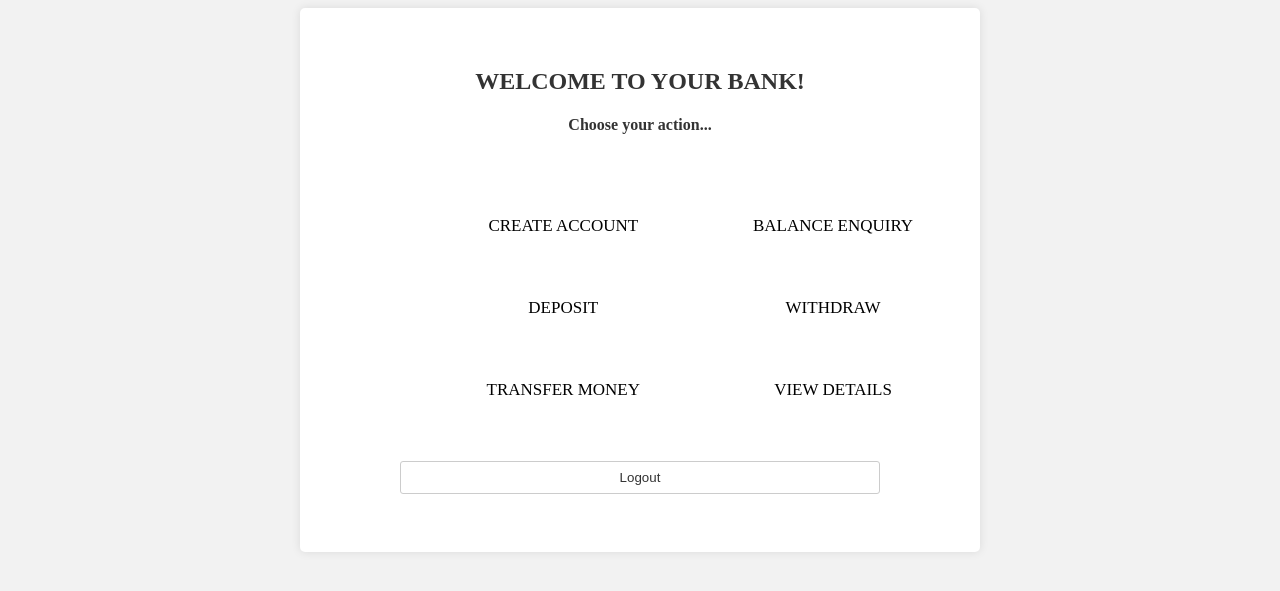
Repository: mansistic-0n3/Java_IGT
Page: Java Project/BankServlet/src/main/webapp/Home.html
The author's editor kept a copy of each file at every save. The page is drawn from the files as they stood at one save, then again after the next save.
The browser window is 1280 px wide. The pictures show the whole page.

Above is the page before, as saved 2023-07-03 06:28:43.

After the next save:
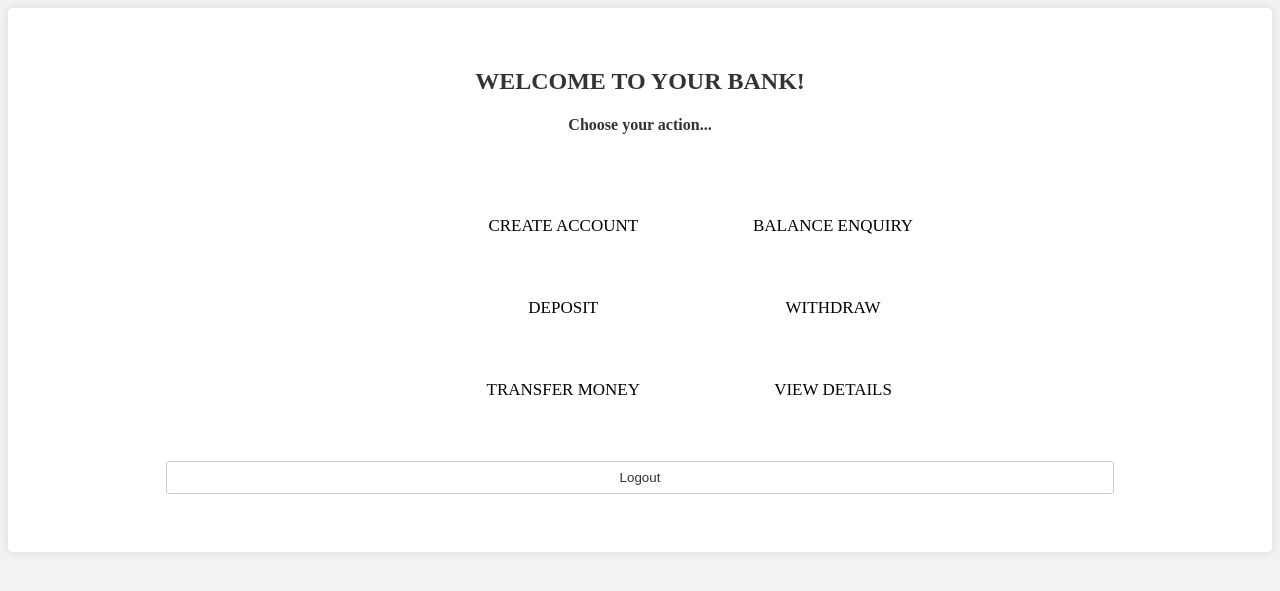
Saved 14 s later.
--- a/Java Project/BankServlet/src/main/webapp/Home.html
+++ b/Java Project/BankServlet/src/main/webapp/Home.html
@@ -67,7 +67,7 @@
   </style>
 </head>
 <body style="background-color: #f2f2f2; text-align:center;">
-<div style="max-width: 600px; margin: 0 auto; padding: 40px; background-color: #ffffff; border-radius: 5px; box-shadow: 0 0 10px rgba(0, 0, 0, 0.1);">
+<div style="max-width: 1200px; margin: 0 auto; padding: 40px; background-color: #ffffff; border-radius: 5px; box-shadow: 0 0 10px rgba(0, 0, 0, 0.1);">
  <h2 style="text-align: center; color: #333333;">WELCOME TO YOUR BANK!</h2>
  <h4 style="text-align: center; color: #333333;">Choose your action...</h4>
   <div style="display: grid; grid-template-columns: repeat(2, 1fr); gap: 20px; max-width: 400px; margin: 0 auto; padding: 40px;">
